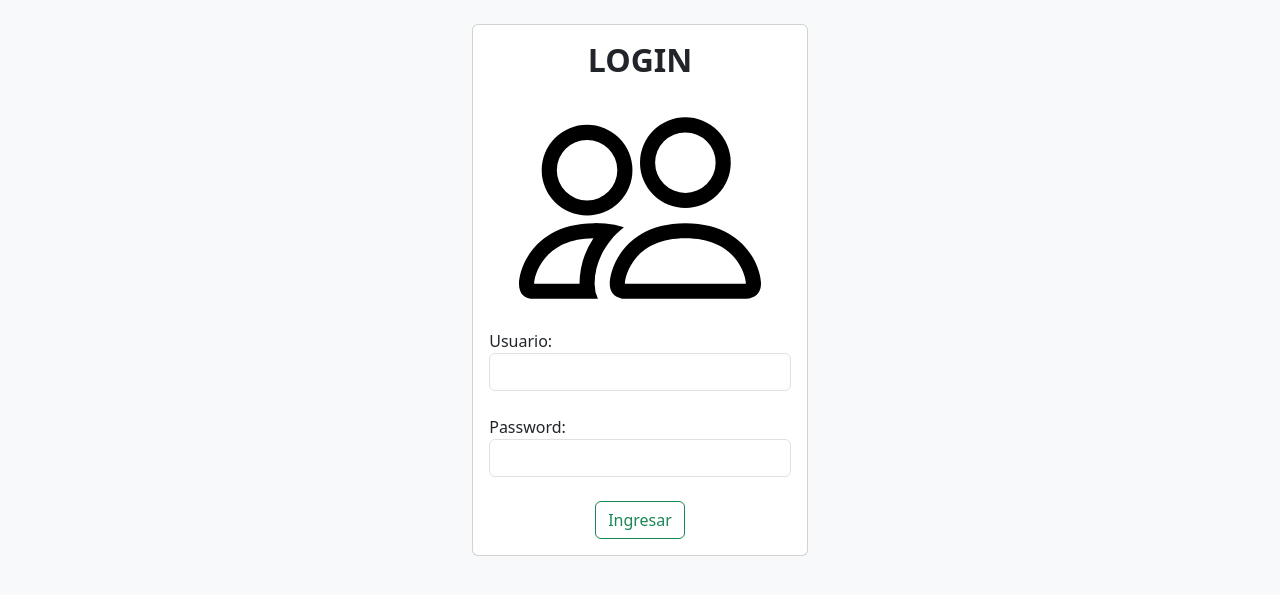
Repository: WilmerOcampo/LP1_Biblioteca
Page: http://localhost/Proyecto/login.jsp
These files come from the project's save history. The page is drawn as it stood at one moment and after the next save; the edit follows.
The browser window is 1280 px wide. The pictures show the whole page.
The page is served by Tomcat 10. Other server files are loaded and not shown.

Above is the page before, as saved 2023-05-31 16:20:32.

### Proyecto/src/main/webapp/login.jsp
<%@ page language="java" contentType="text/html; charset=ISO-8859-1"
    pageEncoding="ISO-8859-1"%>
<!DOCTYPE html>
<html>
<head>
<meta charset="ISO-8859-1">
<link href="https://cdn.jsdelivr.net/npm/bootstrap@5.3.0-alpha3/dist/css/bootstrap.min.css" rel="stylesheet" integrity="sha384-KK94CHFLLe+nY2dmCWGMq91rCGa5gtU4mk92HdvYe+M/SXH301p5ILy+dN9+nJOZ" crossorigin="anonymous">
<title>Login</title>
</head>
<body class="bg-light">
	<div class="container mt-4 col-lg-4 d-flex justify-content-center">
		<div class="card col-sm-10">
			<div class="card-body">
				<form action="ValidarServlet" method="POST" class="form-sign">
					<div class="form-group text-center d-flex flex-column justify-content-center align-items-center">
						<h3 style="font-weight: 700; font-size: 2rem; text-transform: uppercase;">Login</h3>
						<img alt="Logo" src="img/people.svg" width="80%">
					</div>
					<div class="form-group">
						<label>Usuario:</label>
						<input type="text" name="usuario" id="usuario" class="form-control">
					</div>
					<br>
					<div class="form-group">
						<label>Password:</label>
						<input type="password" name="password" id="password" class="form-control">
					</div>
					<br>
					<div style="text-align: center">
						<input type="submit" name="accion" value="Ingresar" class="btn btn-outline-success">
					</div>

				</form>
			</div>
		</div>
	</div>
<script src="https://cdn.jsdelivr.net/npm/bootstrap@5.3.0-alpha3/dist/js/bootstrap.bundle.min.js" integrity="sha384-ENjdO4Dr2bkBIFxQpeoTz1HIcje39Wm4jDKdf19U8gI4ddQ3GYNS7NTKfAdVQSZe" crossorigin="anonymous"></script>
</body>
</html>

### Proyecto/src/main/webapp/img/people.svg
<svg xmlns="http://www.w3.org/2000/svg" width="16" height="16" fill="currentColor" class="bi bi-people" viewBox="0 0 16 16">
  <path d="M15 14s1 0 1-1-1-4-5-4-5 3-5 4 1 1 1 1h8Zm-7.978-1A.261.261 0 0 1 7 12.996c.001-.264.167-1.03.76-1.72C8.312 10.629 9.282 10 11 10c1.717 0 2.687.63 3.24 1.276.593.69.758 1.457.76 1.72l-.008.002a.274.274 0 0 1-.014.002H7.022ZM11 7a2 2 0 1 0 0-4 2 2 0 0 0 0 4Zm3-2a3 3 0 1 1-6 0 3 3 0 0 1 6 0ZM6.936 9.28a5.88 5.88 0 0 0-1.23-.247A7.35 7.35 0 0 0 5 9c-4 0-5 3-5 4 0 .667.333 1 1 1h4.216A2.238 2.238 0 0 1 5 13c0-1.01.377-2.042 1.09-2.904.243-.294.526-.569.846-.816ZM4.92 10A5.493 5.493 0 0 0 4 13H1c0-.26.164-1.03.76-1.724.545-.636 1.492-1.256 3.16-1.275ZM1.5 5.5a3 3 0 1 1 6 0 3 3 0 0 1-6 0Zm3-2a2 2 0 1 0 0 4 2 2 0 0 0 0-4Z"/>
</svg>

After the next save:
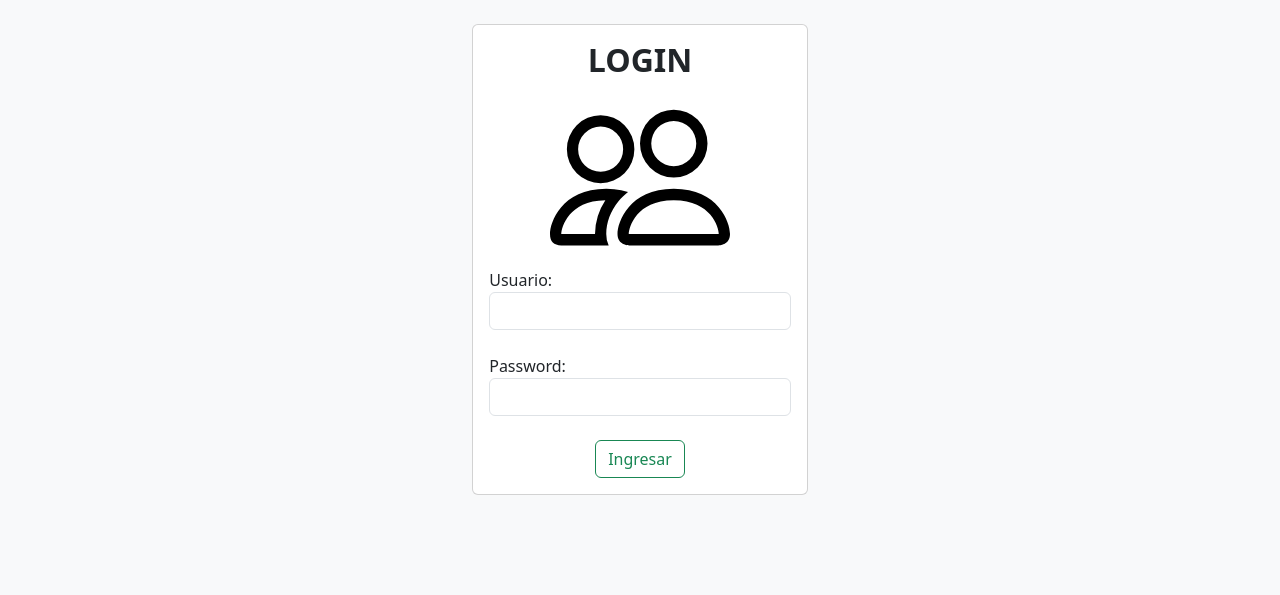
Saved 9 s later.
--- a/Proyecto/src/main/webapp/login.jsp
+++ b/Proyecto/src/main/webapp/login.jsp
@@ -14,7 +14,7 @@
 				<form action="ValidarServlet" method="POST" class="form-sign">
 					<div class="form-group text-center d-flex flex-column justify-content-center align-items-center">
 						<h3 style="font-weight: 700; font-size: 2rem; text-transform: uppercase;">Login</h3>
-						<img alt="Logo" src="img/people.svg" width="80%">
+						<img alt="Logo" src="img/people.svg" width="60%">
 					</div>
 					<div class="form-group">
 						<label>Usuario:</label>
